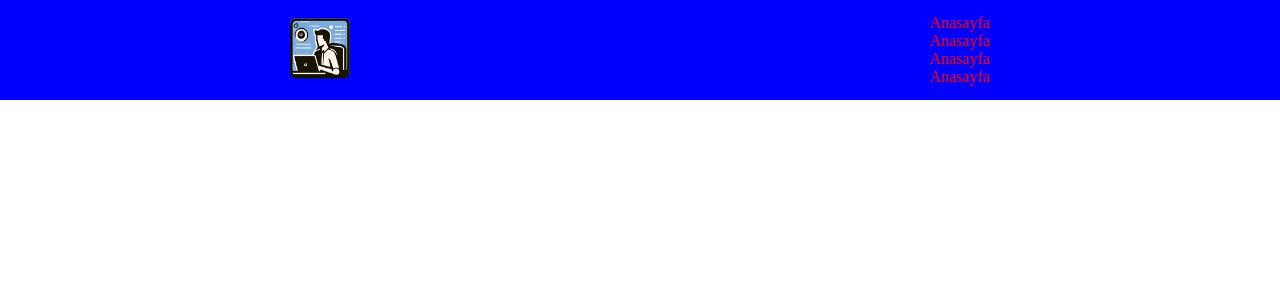
Repository: 0hasandemirtas/react-odev
Page: /
The author's editor kept a copy of each file at every save. The page is drawn from the files as they stood at one save, then again after the next save.
The browser window is 1280 px wide. The pictures show the whole page.
The project was rebuilt for these pictures with package versions that can differ from the ones it lists, and the page was loaded fresh each time.

Above is the page before, as saved 2024-06-13 13:32:36.

### public/index.html
<!DOCTYPE html>
<html lang="en">
  <head>
    <meta charset="utf-8" />
    <link rel="icon" href="%PUBLIC_URL%/favicon.ico" />
    <meta name="viewport" content="width=device-width, initial-scale=1" />
    <meta name="theme-color" content="#000000" />
    <meta
      name="description"
      content="Web site created using create-react-app"
    />
    <link rel="apple-touch-icon" href="%PUBLIC_URL%/logo192.png" />
    <link rel="manifest" href="%PUBLIC_URL%/manifest.json" />
    <title>React Odev</title>
  </head>
  <body>
    <noscript>You need to enable JavaScript to run this app.</noscript>
    <div id="root"></div>
  </body>
</html>

### src/index.css
body {
  margin: 0;

}

### src/App.js

import './App.css';
import Header from "./components/header";

function App() {
  return (
    <div className="App">

     <Header/>
    </div>
  );
}

export default App;

### src/App.css
.App {
  text-align: center;
}
.App-header {
  background-color: #282c34;
  min-height: 100vh;
  display: flex;
  flex-direction: column;
  align-items: center;
  justify-content: center;
  color: white;
}

.App-link {
  color: #61dafb;
}

### src/components/header/index.js
import React from 'react';
//import logo2 from './logo2.png';
import useStyles from './stylesheet';

const Header = ()=>{
  const classes = useStyles();
  return (
    <div className={classes.container}>

      <div>
          <img  className={classes.logo} src="./images/logo2.png" />
      </div>
      <div>
          <div><a>Anasayfa</a></div>
          <div><a>Anasayfa</a></div>
          <div><a>Anasayfa</a></div>
          <div><a>Anasayfa</a></div>
      </div>

    </div>
  )
}

export default Header

### src/components/header/stylesheet.js
import {
    createUseStyles
} from "react-jss";

const useStyles = createUseStyles({
    container:{
        display:"flex",
        width:"100%",
        height:"100px",
        backgroundColor:"blue",
        color:"red",
        alignItems:"center",
        justifyContent:"space-around"
    },
    contentContainer:{
        display:"flex",
        justifyContent:"space-between",
        width:"100%"
    },
    logo:{
        width:"60px",
        height:"60px",
        borderRadius:"6px"
    }
},
{
    name: "header-component"
});

export default useStyles;

Loaded but not shown: src/index.js (common file)

After the next save:
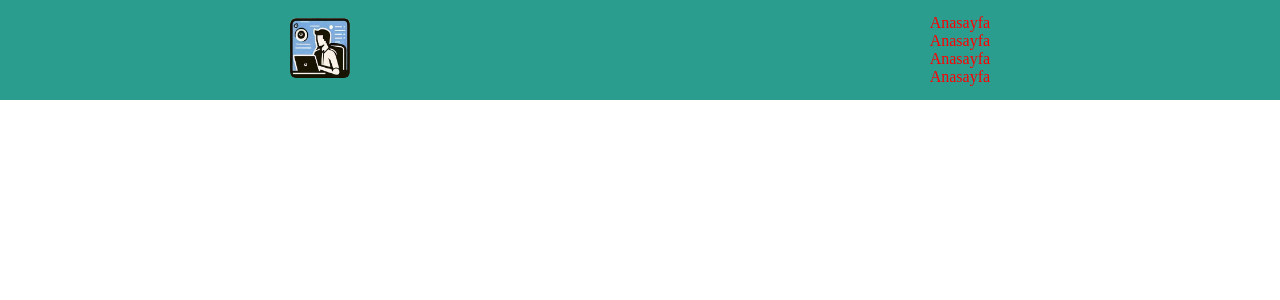
Saved 37 min 46 s later.
--- a/src/components/header/stylesheet.js
+++ b/src/components/header/stylesheet.js
@@ -7,7 +7,7 @@
         display:"flex",
         width:"100%",
         height:"100px",
-        backgroundColor:"blue",
+        backgroundColor:"#2A9D8F",
         color:"red",
         alignItems:"center",
         justifyContent:"space-around"
@@ -21,6 +21,9 @@
         width:"60px",
         height:"60px",
         borderRadius:"6px"
+    },
+    titleContainer:{
+        alignItems:""
     }
 },
 {
